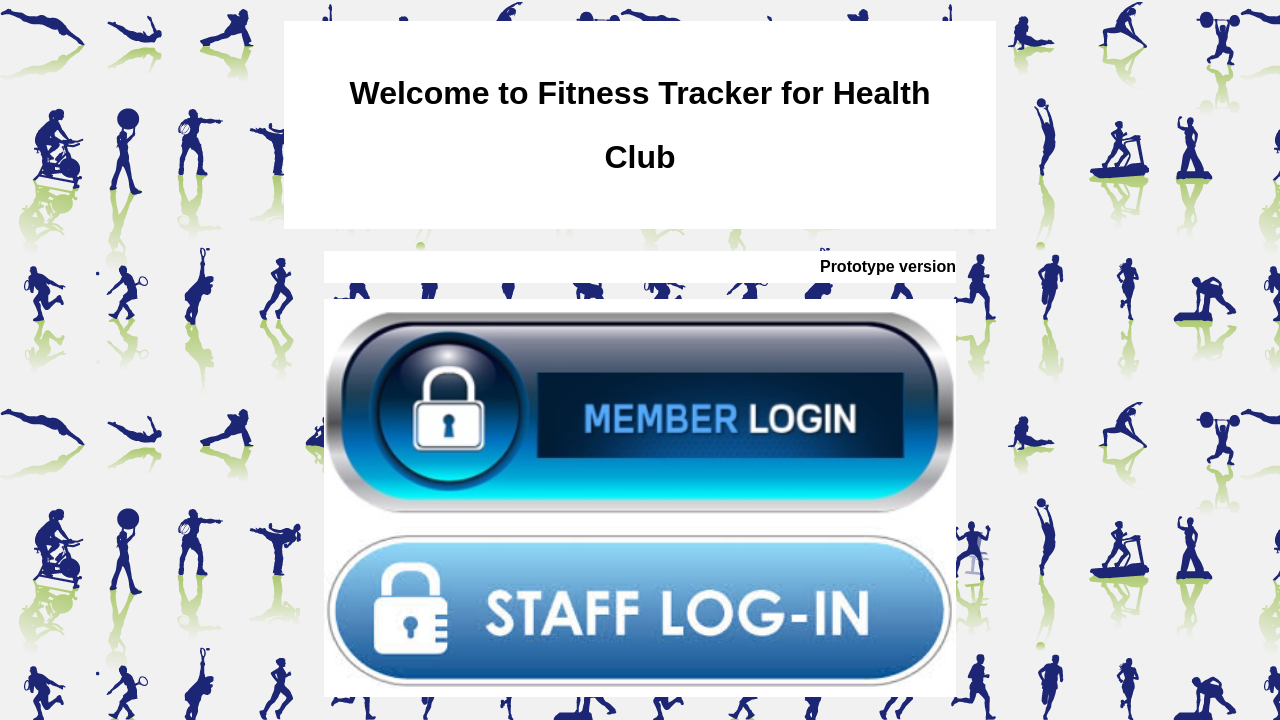
Repository: dmiropol/FitnessMemberTracker
Page: http://localhost/
The author's editor kept a copy of each file at every save. The page is drawn from the files as they stood at one save, then again after the next save.
The browser window is 1280 px wide. The pictures show the whole page.
The page is served by the project's Node server (app.js).

Above is the page before, as saved 2018-11-16 10:37:17.

After the next save:
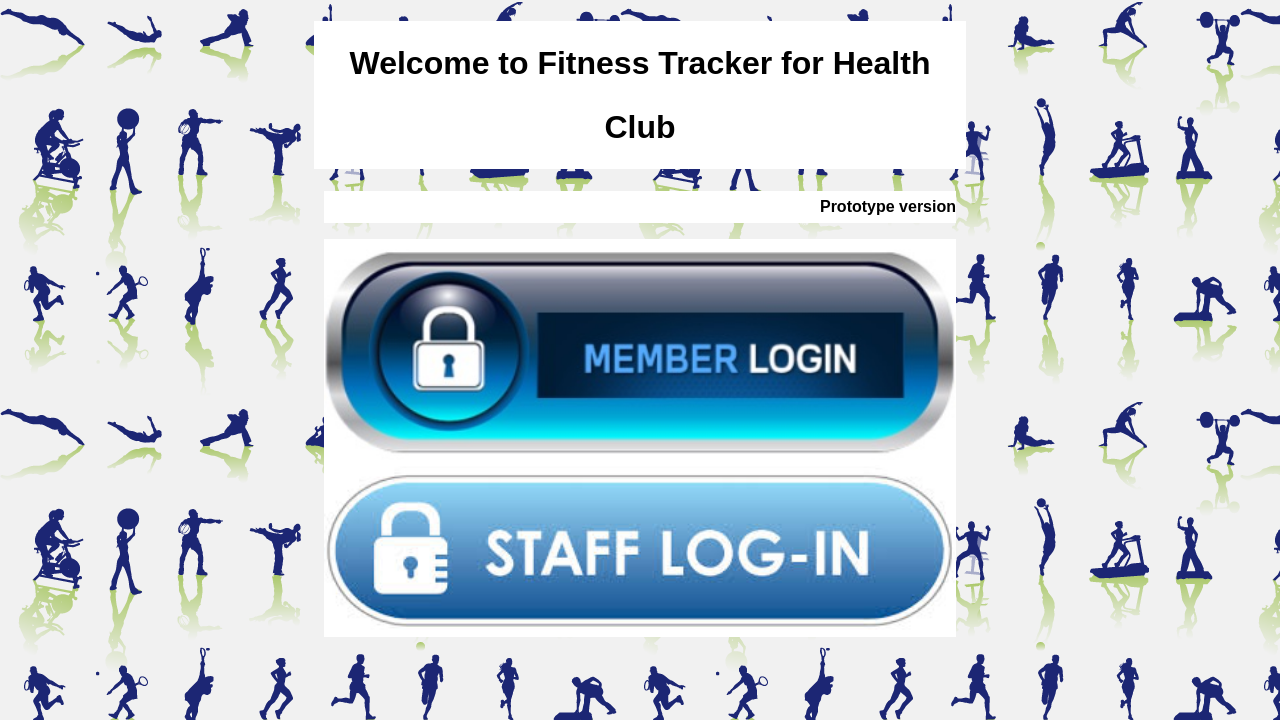
Saved 22 s later.
--- a/public/stylesheets/style.css
+++ b/public/stylesheets/style.css
@@ -119,7 +119,7 @@ select  {
 h1, h2{
 	background: white;
 	display: inline;
-	padding:40px;
+	padding:10px;
     line-height: 2em;
     font-family: Arial, Helvetica, sans-serif;
     font-size: 32px;
